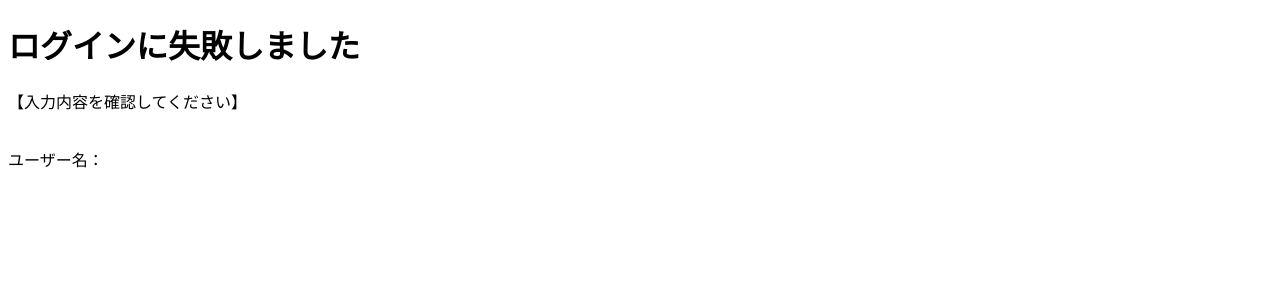
Repository: my720/test
Page: http://localhost/login2/loginError.jsp
The author's editor kept a copy of each file at every save. The page is drawn from the files as they stood at one save, then again after the next save.
The browser window is 1280 px wide. The pictures show the whole page.
The page is served by Tomcat 9.

Above is the page before, as saved 2019-04-22 05:28:34.

After the next save:
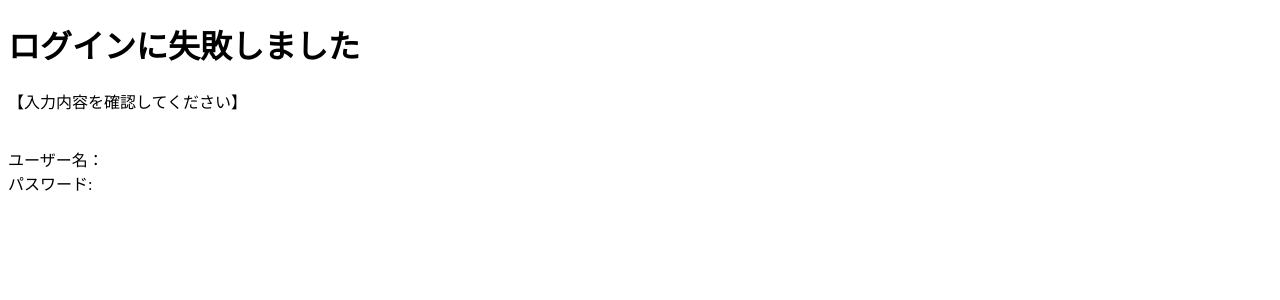
Saved 53 s later.
--- a/Java/login2/WebContent/loginError.jsp
+++ b/Java/login2/WebContent/loginError.jsp
@@ -12,5 +12,7 @@
  <p>【入力内容を確認してください】</p>
  <br>
  ユーザー名：<s:property value="name"/>
+ <br>
+ パスワード:<s:property value="password"/>
 </body>
 </html>
